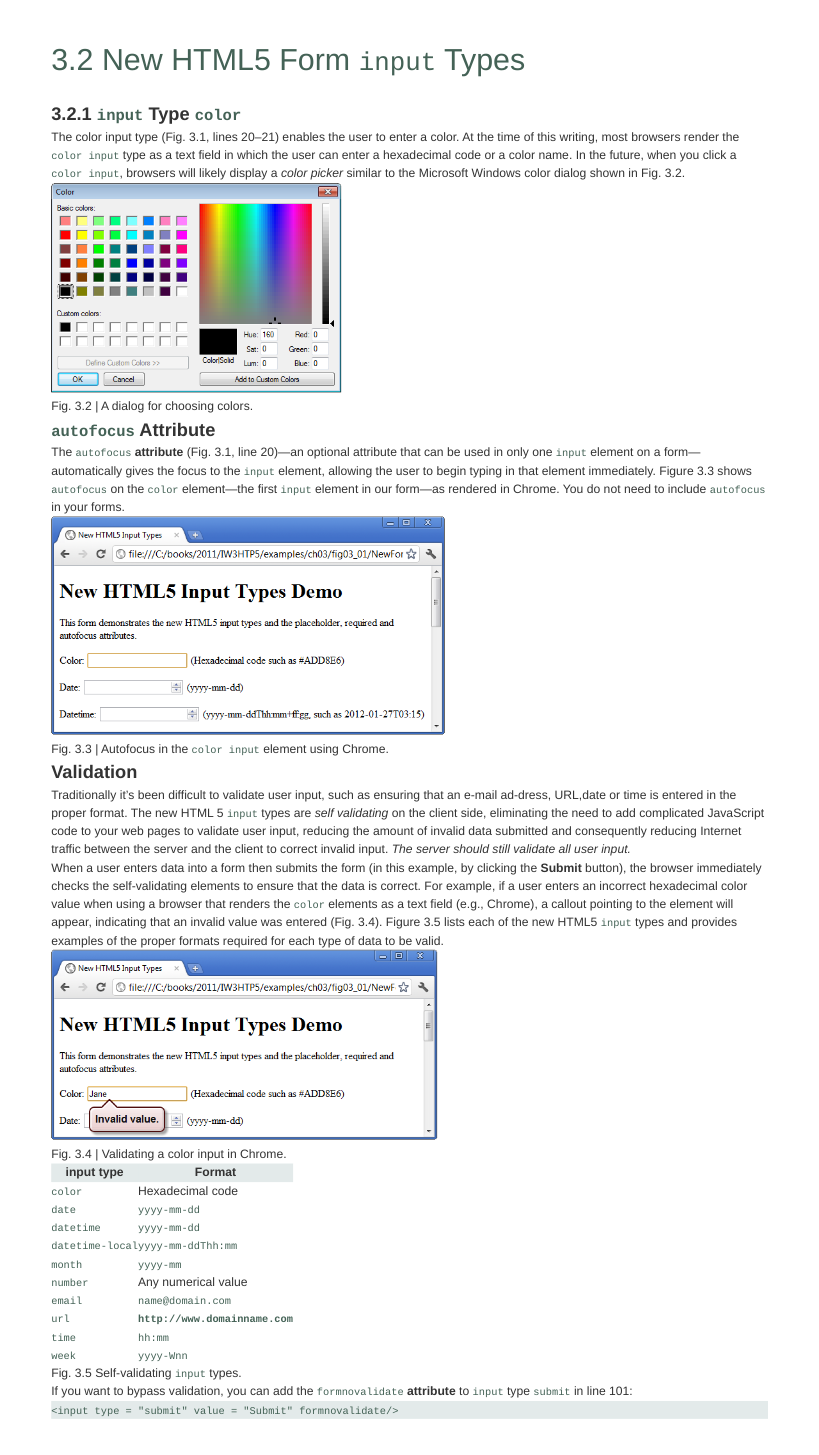
Repository: mlmEFSC21/P4-Textbook-Copy
Page: index.html
The author's editor kept a copy of each file at every save. The page is drawn from the files as they stood at one save, then again after the next save.
The browser window is 1280 px wide. The pictures show the whole page, at 64% of full size.

Above is the page before, as saved 2022-02-03 16:37:56.

After the next save:
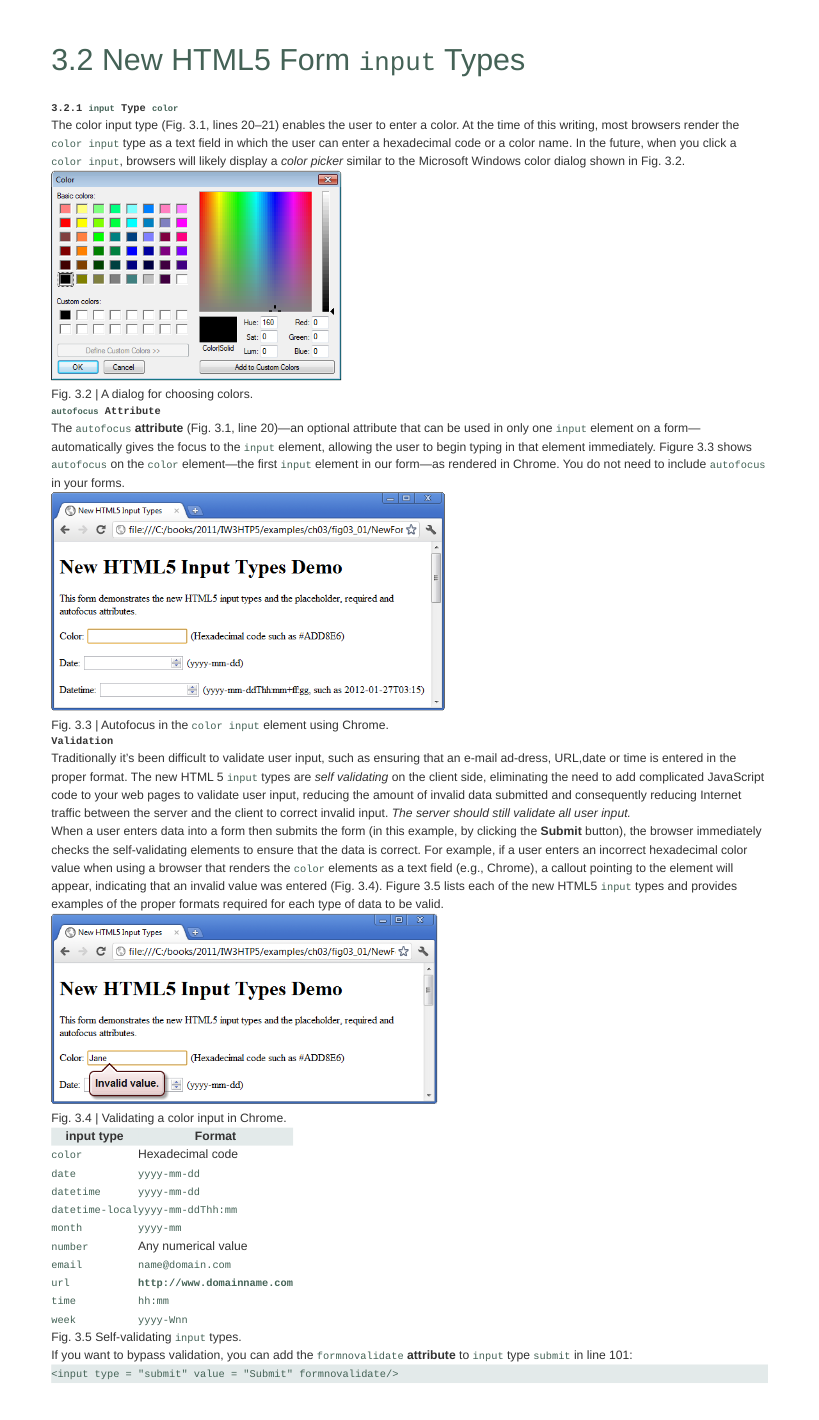
Saved 6 min 3 s later.
--- a/bookStyles.css
+++ b/bookStyles.css
@@ -27,10 +27,6 @@ body {
     background-color: var(--clr-background);
     color: var(--clr-font-prime);
 }
-h1,
-code {
-    color: var(--clr-font-code);
-}
 h1 {
     font-size: 2.5em;
     margin-top: 1.15em;
@@ -38,6 +34,14 @@ h1 {
     font-style: normal;
     font-weight: 300;
     line-height: 1.5;
+}
+h2 {
+    font-family: Courier, "Courier New", monospace;
+    font-size: 0.85em;
+}
+h1,
+code {
+    color: var(--clr-font-code);
 }
 code {
     font-family: Courier, "Courier New", monospace;
